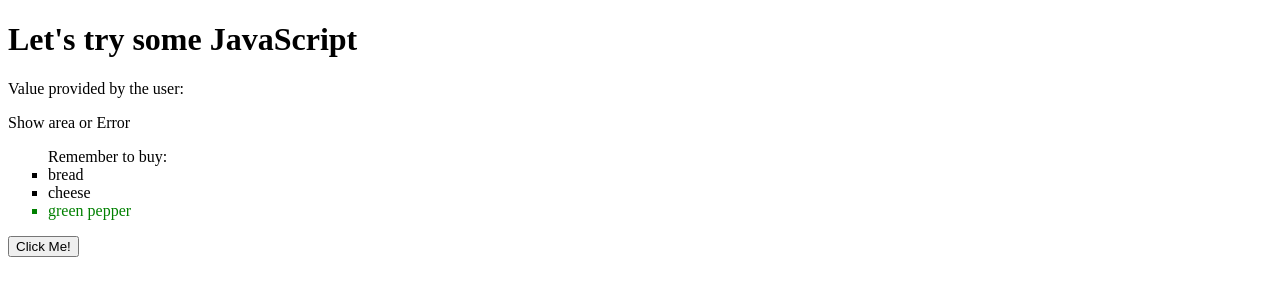
Repository: liulian26/CS5610
Page: week5/week5-index.html
These files come from the project's save history. The page is drawn as it stood at one moment and after the next save; the edit follows.
The browser window is 1280 px wide. The pictures show the whole page.

Above is the page before, as saved 2025-02-06 12:18:01.

### week5/week5-index.html
<!DOCTYPE html>
<html>
  <head>
    <meta charset="UTF-8" />
    <meta name="viewport" content="width=device-width, initial-scale=1.0" />
    <title>Document</title>
    <script defer src="js/main.js"></script>
    <link rel="stylesheet" href="css/styles.css" />
  </head>

  <body>
    <h1>Let's try some JavaScript</h1>
    <p id="radius">Value provided by the user:</p>
    <p id="result">Show area or Error</p>
    <ul class="shopping"> Remember to buy:</ul>
    <button id="updateImage">Click Me!</button>
    <!-- <img id="shoppingCart"> -->
    <!-- <button>Red</button> -->
    <!-- <button>Blue</button> -->
    <!-- <button>Green</button> -->
  </body>
</html>

### week5/js/main.js
//const radiusP = document.querySelector("#radius");
//const resultP = document.querySelector("#result");



//function getNumber() {
    //let radius = prompt("Enter the number for a circle radius");
    //radiusP.innerHTML += radius;
   //return radius;
//}


// function calculateArea() {
    // const number = getNumber();
    // if(isNaN(number)) {
        // return "Error: Please enter a valid number";
    // } else{
        // return Math.PI * Math.pow(number, 2).toFixed(2);
    // }
//}


// const result = calculateArea();
// console.log(result);

// resultP.innerHTML += result;


let shoppingItems = ["bread", "cheese", "green pepper"];
const shoppingListElement = document.querySelector(".shopping");

function populateShoppingList(shoppingListItems) {
    //  loop in the array

    for (let i = 0; i < shoppingListItems.length; i++) {
      // we need an li Element for each item
      const li = document.createElement("li");
      li.innerText = shoppingListItems[i];
      shoppingListElement.append(li);
    }

    //   for (let item of shoppingListItems) {
    //     console.log(item);
    //   }

    //   shoppingListItems.forEach((item) => {
    //     console.log(item);
    //   });
  }

function changeListUsingClass(){
    const lists = document.querySelectorAll("ul");
    lists.forEach(list => list.classList.add("squareList"));
}

function highlightItems() {
    const listItems = document.querySelectorAll("li");
  listItems.forEach(item => {
    if (item.innerText.toLowerCase().includes("green")) {
      item.style.color = "green";
    }
  });
}


populateShoppingList(shoppingItems);
changeListUsingClass();
highlightItems();
// ul class="shopping"
// loop in the array
    // create an li
    // update the text of the li wirh the arry item
    // call append/appendChild on ul and pass thr created li

const button = document.querySelector("#updateImage");
function changeButtonText() {
    // will be called when user clicks the button
    // change the text
    if (button.innerText === "Clik Me!") {
        button.innerText = "Cliked!";
    } else if (button.innerText === "Cliked!") {
        button.innerText = "Clik Me!";
    }
    // if I want only call one time
    // button.removeEventListener("click", changeButtonText);
}

// button.addEventListener("click", changeButtonText);
// If i want this called only one time
button.addEventListener("click", changeButtonText, {once: true});

### week5/css/styles.css
.squareList{
    list-style-type: square;
}

After the next save:
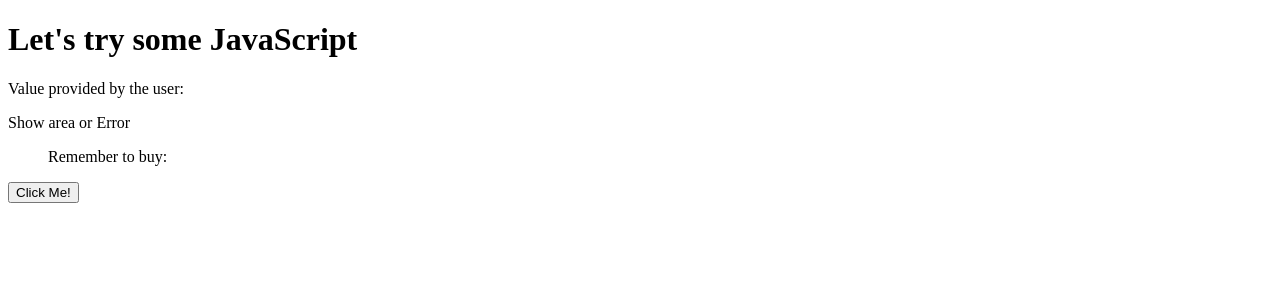
Console error: ReferenceError: bottonContainer is not defined
Saved 9 min 47 s later.
--- a/week5/js/main.js
+++ b/week5/js/main.js
@@ -48,43 +48,47 @@ function populateShoppingList(shoppingListItems) {
     //   });
   }
 
-function changeListUsingClass(){
-    const lists = document.querySelectorAll("ul");
-    lists.forEach(list => list.classList.add("squareList"));
-}
+// function changeListUsingClass(){
+    // const lists = document.querySelectorAll("ul");
+    // lists.forEach(list => list.classList.add("squareList"));
+//}
 
-function highlightItems() {
-    const listItems = document.querySelectorAll("li");
-  listItems.forEach(item => {
-    if (item.innerText.toLowerCase().includes("green")) {
-      item.style.color = "green";
-    }
-  });
-}
+//function highlightItems() {
+    //const listItems = document.querySelectorAll("li");
+  //listItems.forEach(item => {
+   // if (item.innerText.toLowerCase().includes("green")) {
+      //item.style.color = "green";
+   // }
+  //});
+//}
 
 
-populateShoppingList(shoppingItems);
-changeListUsingClass();
-highlightItems();
+//populateShoppingList(shoppingItems);
+//changeListUsingClass();
+//highlightItems();
 // ul class="shopping"
 // loop in the array
     // create an li
     // update the text of the li wirh the arry item
     // call append/appendChild on ul and pass thr created li
 
-const button = document.querySelector("#updateImage");
-function changeButtonText() {
+//const button = document.querySelector("#updateImage");
+//function changeButtonText() {
     // will be called when user clicks the button
     // change the text
-    if (button.innerText === "Clik Me!") {
-        button.innerText = "Cliked!";
-    } else if (button.innerText === "Cliked!") {
-        button.innerText = "Clik Me!";
-    }
+    //if (button.innerText === "Clik Me!") {
+       // button.innerText = "Cliked!";
+    //} else if (button.innerText === "Cliked!") {
+       // button.innerText = "Clik Me!";
+    //}
     // if I want only call one time
     // button.removeEventListener("click", changeButtonText);
-}
+//}
 
 // button.addEventListener("click", changeButtonText);
 // If i want this called only one time
-button.addEventListener("click", changeButtonText, {once: true});
+//button.addEventListener("click", changeButtonText, {once: true});
+
+const buttonContainer = document.querySelector(".button-container");
+
+bottonContainer.addEventListener("click", changezbuttonBGolor);
